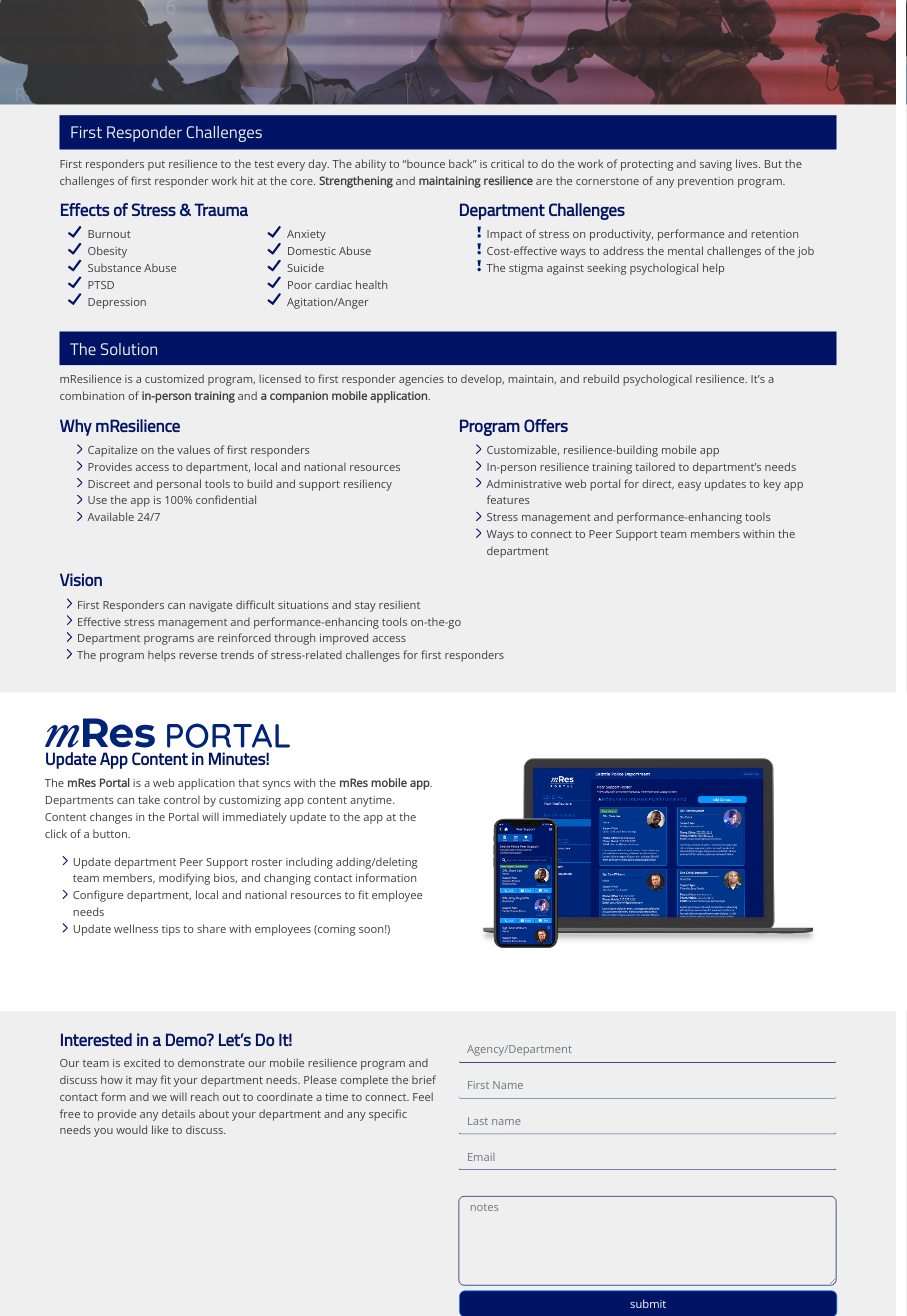
Repository: shenjune/mResilienceWebsite
Page: index.html
These files come from the project's save history. The page is drawn as it stood at one moment and after the next save; the edit follows.
The browser window is 1280 px wide. The page is 1295 px wide, so the pictures cover 1295 px, including what lies to the right of the window. The pictures show the part of the page from y = 792 to 2672 px (the page is 3165 px tall), at 70% of full size.
Some web libraries are served in a nearby version.

Above is the page before, as saved 2019-11-09 10:06:03.

### index.html
<!doctype html>
<html lang="en">
<head>
	<title>TIAG mResilience</title>
	<!-- Required meta tags -->
	<meta charset="utf-8">
	<meta name="viewport" content="width=device-width, initial-scale=1, shrink-to-fit=no">

	<!-- NOTE: moved reset to before all other stylesheets -->
	<link rel="reset" href="./Assets/reset.css">

	<!-- Google Fonts -->
	<link href="https://fonts.googleapis.com/css?family=Titillium+Web&display=swap" rel="stylesheet">
	<link href="https://fonts.googleapis.com/css?family=Open+Sans&display=swap" rel="stylesheet">

	<!-- Bootstrap CSS -->
	<link rel="stylesheet" href="https://stackpath.bootstrapcdn.com/bootstrap/4.3.1/css/bootstrap.min.css" integrity="sha384-ggOyR0iXCbMQv3Xipma34MD+dH/1fQ784/j6cY/iJTQUOhcWr7x9JvoRxT2MZw1T" crossorigin="anonymous">

	<!-- Font Awesome CSS Icons (For cool glyphicons) -->
	<link rel="stylesheet" href="https://maxcdn.bootstrapcdn.com/font-awesome/4.5.0/css/font-awesome.min.css" />

	<!-- CSS Stylesheet -->
	<!-- NOTE: removed `media="screen"` attribute below since there's only one custom stylesheet -->
	<link rel="stylesheet" href="style.css"/>

</head>

<body>

<!-- 01 Nav -->
	<nav class="navbar navbar-expand-lg nav-bg-color navbar-light" id="nav">
		<a class="navbar-brand" href="#">
			<img src="Assets/Images/mResFullLogo1.svg" alt="mResilience Logo" class="img-fluid">
		</a>
		<button class="navbar-toggler" type="button" data-toggle="collapse" data-target="#navbarSupportedContent" aria-controls="navbarSupportedContent" aria-expanded="false" aria-label="Toggle navigation">
			<span class="navbar-toggler-icon"></span>
		</button>

		<!--Start of NavBar links-->
		<div class="collapse navbar-collapse titillium-font" id="navbarSupportedContent">
			<ul class="navbar-nav ml-auto">
			<!--NavBar Main Link-->
				<li class="nav-item">
					<a class="nav-link" href="#main"><h5 class= "secondFont">Main</h5><span class="sr-only">(current)</span></a>
				</li>
				<!--NavBar Why Link-->
				<li class="nav-item">
					<a class="nav-link" href="#why"><h5 class= "secondFont">The Why</h5></a>
				</li>
				<!--NavBar Features Link-->
				<li class="nav-item">
					<a class="nav-link" href="#portal-div"><h5 class= "secondFont">Features</h5></a>
				</li>
				<!--NavBar Contact Link-->
				<li class="nav-item">
					<a class="nav-link" href="#back-form"><h5 class= "secondFont">Contact</h5></a>
				</li>
				<!--NavBar About Link-->
				<li class="nav-item">
					<a class="nav-link" href="#about"><h5 class= "secondFont">About</h5></a>
				</li>
				<!--NavBar Facebook Link-->
				<li class="nav-item" id="nav-fb">
					<a href="https://www.facebook.com/mresilience/"  target= "_blank" class="nav-link"><img src="Assets/Images/Facebook.svg" alt="facebook logo"></a>
				</li>
				<!--NavBar TIAG Link to www.tiag.net-->
				<li class="nav-item" id="nav-tiag">
					<a href="http://tiag.net" target="_blank" class="nav-link"><img src="Assets/Images/TIAGlogo.svg" height="25Spx" alt="TIAG logo"></a>
				</li>
			</ul>
		</div>
	</nav>

	<!-- 02 Main -->
	<div class="row" id="main">
		<div class="col-lg-7 ml-auto col-sm-12">
			<img src="Assets/Images/01MainPhone.png" width="100%">
		</div>
		<div class="align-left col-lg-5 ml-auto ">
			<!-- Beginning header image and opening paragraph -->
			<img src="Assets/Images/mResLogo.svg" alt="mResLogo" class="mobilePadding" id="mResLogo">
			<h4 class= "secondFont mobilePadding">Mobile App for First Responders</h4>
			<p class="lead mobilePadding" id="leadText">A customizable resilience-building app available 24/7 that provides direct access to peer support, department supported resources, and stress management tools.</p>
		</div>

		<div class="col-12" id="mainBottomImage">
			<div style="position: relative; left: 0; top: 0;">
			<!--<img src="Assets/Images/mResilienceLogoWhite.png" id="whiteLogo" alt="image of mResilience Logo">-->
				<img style= "height: 30%;" src="Assets/Images/02MainFooterImage.png" id="mainBottomImage" alt="image of first responders">
			</div>
		</div>
	</div>

	<!-- 03 The Why -->
	<div id="why">
		<div class="container">
			<div class="row">
			<div class="col-12">
			<!-- 03A: First Responder Challenges section-->
			<div id= "3A">
				<div class="row">
					<div class="col-12" id="challengesHeader">
						<h4 class= "invert">First Responder Challenges</h4>
					</div>
				</div>

				<!-- 03A: First Responder Challenges text -->
				<div class="row" id="challengeStatement">
					<div class="col-12">
						<p>First responders put resilience to the test every day. The ability to “bounce back” is critical to do the work of protecting and saving lives. But the challenges of first responder work hit at the core. <b>Strengthening</b> and <b>maintaining resilience</b> are the cornerstone of any prevention program.</p>
					</div>
				</div>

			<!-- 03A: Bullet Points -->
			<div class="row" id="titles">
			<!-- STRESS SECTION -->
			<div class="col-lg-6 col-sm-12" id="stressSubHeader">
			<h4 class= "secondFont">Effects of Stress & Trauma</h4>
			<!-- STRESS PTS -->
			<div class="row">
			<!-- STRESS BULLET POINTS I-->
			<div class="col-6" >
			<ul class="checkBullets">
			<li>Burnout</li>
			<li>Obesity</li>
			<li>Substance Abuse</li>
			<li>PTSD</li>
			<li>Depression</li>
			</ul>
			</div>
			<!-- STRESS BULLET POINTS PT II-->
			<div class="col-6" >
			<ul class="checkBullets">
			<li>Anxiety</li>
			<li>Domestic Abuse</li>
			<li>Suicide</li>
			<li>Poor cardiac health</li>
			<li>Agitation/Anger</li>
			</ul>
			</div>
			</div>
			</div>

			<!-- DEPARTMENT SECTION -->
			<div class="col-lg-6 col-sm-12" id="challengesSubHeader">
			<h4 class= "secondFont">Department Challenges</h4>
			<div class="row">
			<!-- DEPARTMENT PTS -->
			<div class="col-12" id="challengebullets">
			<ul class= "exPt">
			<li>Impact of stress on productivity, performance and retention</li>
			<li>Cost-effective ways to address the mental challenges of the job</li>
			<li>The stigma against seeking psychological help</li>
			</ul>
			</div>
			</div>
			</div>
			</div>
			</div>
			</div>
			</div>

		<!--03B: The Solution Section-->
		<div id= "solutionSection">
		<!-- Solution Title -->
		<div class="row">
		<div class="col-lg-12 col-sm-12" div id="solutionHeader"><h4 class= "invert">The Solution</h4>
		</div>
		</div>

		<!-- Solution Statement -->
		<div class="row" id="solutionStatement">
		<div class="col-lg-12 col-sm-12">
		<p>mResilience is a customized program, licensed to first responder agencies to develop, maintain, and rebuild psychological resilience. It’s a combination of <b>in-person training</b> and <b>a companion mobile application</b>.</p>
		</div>
		</div>

		<!-- Solution Bullet Points -->
		<div class="row" id="titles2">
		<div class="col-lg-6 ml-auto col-sm-12" id="whymResSubHeader"><h4 class= "secondFont">Why mResilience</h4>
		<div class="row">
		<div class="col-12">
		<div id="whyBullets">
		<ul class= "arrow">
		<li>Capitalize on the values of first responders</li>
		<li>Provides access to department, local and national resources</li>
		<li>Discreet and personal tools to build and support resiliency</li>
		<li>Use the app is 100% confidential</li>
		<li>Available 24/7</li>
		</ul>
		</div>
		</div>
		</div>
		</div>

		<!-- <div id="programOffers"> -->
		<div class="col-lg-6 ml-auto col-sm-12" id="programSubHeader">
		<h4 class= "secondFont">Program Offers</h4>
		<div class="row">
		<div class="col-lg-12 col-sm-12">
		<div id="offerBullets">
		<ul class= "arrow">
		<li>Customizable, resilience-building mobile app</li>
		<li>In-person resilience training tailored to department’s needs</li>
		<li>Administrative web portal for direct, easy updates to key app features</li>
		<li>Stress management and performance-enhancing tools</li>
		<li>Ways to connect to Peer Support team members within the department</li>
		</ul>
		</div>
		</div>
		</div>
		</div>
		</div>

		<!-- Vision Bullet Points -->
		<div class="row" id="visionSubHeader">
		<div class="col-lg-12 ml-auto col-sm-12">
		<h4 class= "secondFont">Vision</h4>
		<div class="row">
		<ul class= "arrow">
		<li>First Responders can navigate difficult situations and stay resilient</li>
		<li>Effective stress management and performance-enhancing tools on-the-go</li>
		<li>Department programs are reinforced through improved access</li>
		<li>The program helps reverse trends of stress-related challenges for first responders</li>
		</ul>
		</div>
		</div>
		</div>
		</div>
		</div>
	</div>

	<!-- 04 PORTAL DIV -->
	<div id= "portal-div">
	<div class="row">
	<!-- div for the portal text -->
	<div class="col-lg-6 ml-auto col-sm-12">
	<img id= "portallogo" src="Assets/Images/portallogo2.svg" alt="mResLogo">
	<h4 class= "secondFont">Update App Content in Minutes!</h4>
	<p>The <b> mRes Portal</b> is a web application that syncs with the <b>mRes mobile app</b>. Departments can take control by customizing app content anytime. Content changes in the Portal will immediately update to the app at the click of a button. </p>

	<ul class="arrow">
	<li>Update department Peer Support roster including adding/deleting team members, modifying bios, and changing contact information</li>
	<li>Configure department, local and national resources to fit employee needs</li>
	<li>Update wellness tips to share with employees (coming soon!)</li>
	</ul>
	</div>

	<!-- div for the Feature images -->
	<div class="col-lg-6 col-sm-12" style = "text-align: center">
	<img id= 'portalImg' src="Assets/Images/portal.png" alt="portalImg">
	</div>
	</div>
	</div>

	<!---- 05 Contact Form ---->
	<div id="back-form">
	<div class="container mobilePadding2">
	<div class="row">
	<div class= "col-lg-6 col-sm-12">
	<h4 class="secondFont">Interested in a Demo? Let’s Do It!</h4>
	<p class="">Our team is excited to demonstrate our mobile resilience program and discuss how it may fit your department needs. Please complete the brief contact form and we will reach out to coordinate a time to connect. Feel free to provide any details about your department and any specific needs you would like to discuss.</p>
	</div>

	<form class= "col-lg-6 col-sm-12" id="back-form2">
	<!-- INPUT SECTION -->
	<div class="form-group" >
	<!-- Department input -->
	<div class="row input-row">
	<div class="col-lg-12">
	<input type="text" class="form-control input-border" id="user-dept" placeholder="Agency/Department">
	</div>
	</div>

	<!-- First name input -->
	<div class="row input-row">
	<div class="col-lg-12">
	<input type="text" class="form-control input-border" id="user-name" placeholder="First Name">
	</div>
	</div>

	<!-- Last name input -->
	<div class="row input-row">
	<div class="col-lg-12">
	<input type="text" class="form-control input-border" id="user-last-name" placeholder="Last name">
	</div>
	</div>

	<!-- Email input -->
	<div class="row input-row">
	<div class="col-lg-12">
	<input type="email" class="form-control input-border" id="user-email" placeholder="Email">
	</div>
	</div>

	<!-- Notes input -->
	<div class="row">
	<div class="col-lg-12">
	<label for="message"></label>
	<textarea class="col-lg-12" id="message" name="message" required="required" placeholder="notes"></textarea>
	</div>
	</div>

	<!-- Submit button -->
	<div class="row">
	<div class="col-lg-12">
	<button type="submit" class="btn btn-primary" id="send">submit</button>
	</div>
	</div>
	</div>
	</form>
	</div>
	</div>
	</div>

	<!--06 About TIAG goes here-->
	<div id="about">
	<div class="container mobilePadding2">
	<div class="row">
	<div id = "whoWeAre"   style="margin-top:15px">
	<h4 class="secondFont"><b>Who are we?</b>  We build technologies that work.</h4></div>
	<div id = "whoWeAreP">
	<p>We are a team of innovators. With 20 years’ worth of experience TIAG has developed a leading reputation in researching, designing and developing resilience-based technology products for the military, government and most recently, the first responder communities. Our staff are experts comprising program and project managers, subject matter experts, researchers, designers and developers. Collectively, we bring a comprehensive approach to advising and creating relevant resilience-based technology services, programs and products.</p>
	</div>


	<div id="haveIdeas">
	<h4 class="secondFont"><b>Have ideas?</b> Come innovate with us!</h4>
	</div>

	<div id= "haveIdeasP">
	<p>Our resilience program is just the beginning and is rapidly evolving. Creating first responder-focused resilience solutions does not happen without collaboration with those who protect our communities. Do you have ideas to evaluate resilience? Want to create a digital tool or feature to help your department or agency thrive? We want to work with you.</p>
	</div>

	<br>
	</div>
	</div>
	</div>

	<!-- FOOTER FOR THE WEBSITE -->
	<footer class="footer">
	<div id= "" class="container">
	<div id= "footer-row" class="row">
	<!-- footer conditions in Javascript will reference this div -->
	</div>
	</div>
	</footer>

	<!-- Optional JavaScript -->
	<!-- jQuery first, then Popper.js, then Bootstrap JS -->
	<script src="https://code.jquery.com/jquery-3.1.1.min.js"></script>
	<script src="https://cdnjs.cloudflare.com/ajax/libs/twitter-bootstrap/4.0.0/js/bootstrap.bundle.min.js"></script>

	<!-- commented out to make nytimes api work -->
	<!-- <script src="https://code.jquery.com/jquery-3.3.1.slim.min.js" integrity="sha384-q8i/X+965DzO0rT7abK41JStQIAqVgRVzpbzo5smXKp4YfRvH+8abtTE1Pi6jizo" crossorigin="anonymous"></script> -->
	<script src="https://cdnjs.cloudflare.com/ajax/libs/popper.js/1.14.7/umd/popper.min.js" integrity="sha384-UO2eT0CpHqdSJQ6hJty5KVphtPhzWj9WO1clHTMGa3JDZwrnQq4sF86dIHNDz0W1" crossorigin="anonymous"></script>
	<script src="https://stackpath.bootstrapcdn.com/bootstrap/4.3.1/js/bootstrap.min.js" integrity="sha384-JjSmVgyd0p3pXB1rRibZUAYoIIy6OrQ6VrjIEaFf/nJGzIxFDsf4x0xIM+B07jRM" crossorigin="anonymous"></script>

	<!-- script link to send email from contact form to tiag -->
	<script src="https://smtpjs.com/v3/smtp.js"></script>
	<script src="script.js"></script>

</body>
</html>

Loaded but not shown: script.js (135 lines, source omitted); style.css (258 lines, source omitted)

After the next save:
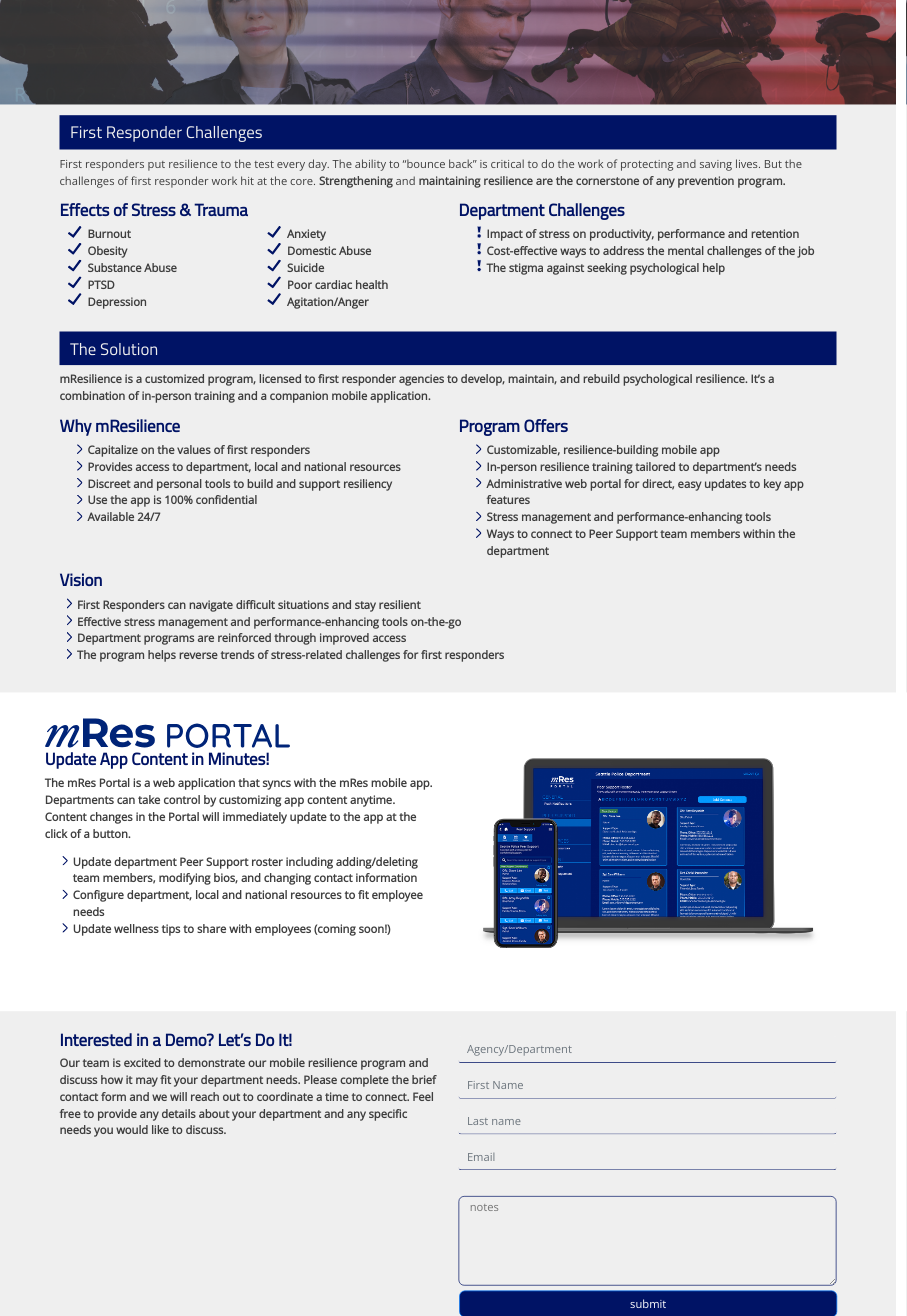
Saved 24 s later.
--- a/index.html
+++ b/index.html
@@ -100,14 +100,14 @@
 			<div id= "3A">
 				<div class="row">
 					<div class="col-12" id="challengesHeader">
-						<h4 class= "invert">First Responder Challenges</h4>
+						<h4 class="invert">First Responder Challenges</h4>
 					</div>
 				</div>
 
 				<!-- 03A: First Responder Challenges text -->
 				<div class="row" id="challengeStatement">
 					<div class="col-12">
-						<p>First responders put resilience to the test every day. The ability to “bounce back” is critical to do the work of protecting and saving lives. But the challenges of first responder work hit at the core. <b>Strengthening</b> and <b>maintaining resilience</b> are the cornerstone of any prevention program.</p>
+						<p>First responders put resilience to the test every day. The ability to “bounce back” is critical to do the work of protecting and saving lives. But the challenges of first responder work hit at the core. <b>Strengthening</b> and <strong>maintaining resilience</> are the cornerstone of any prevention program.</p>
 					</div>
 				</div>
 

After the save that followed:
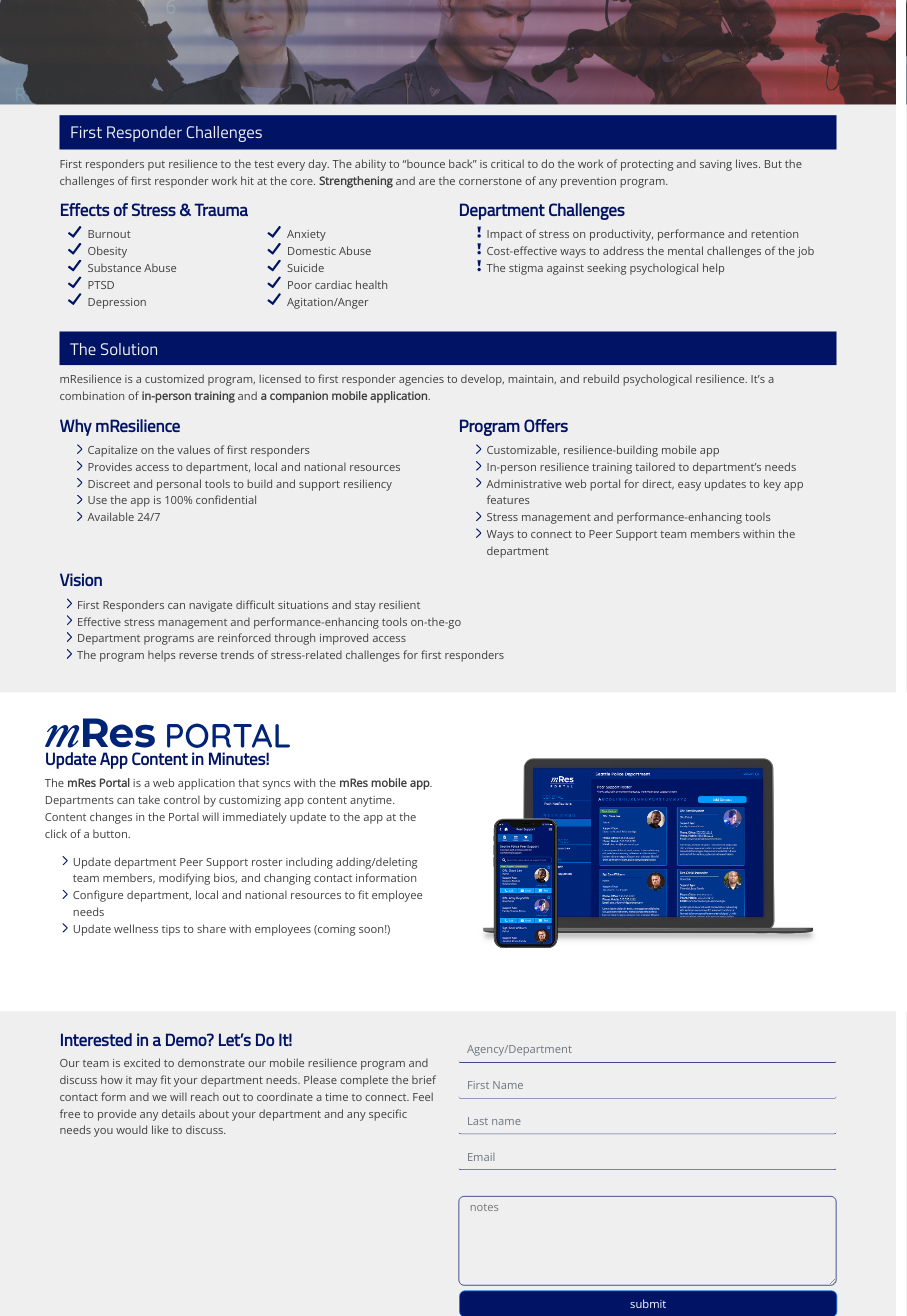
Saved 4 s later.
--- a/index.html
+++ b/index.html
@@ -107,7 +107,7 @@
 				<!-- 03A: First Responder Challenges text -->
 				<div class="row" id="challengeStatement">
 					<div class="col-12">
-						<p>First responders put resilience to the test every day. The ability to “bounce back” is critical to do the work of protecting and saving lives. But the challenges of first responder work hit at the core. <b>Strengthening</b> and <strong>maintaining resilience</> are the cornerstone of any prevention program.</p>
+						<p>First responders put resilience to the test every day. The ability to “bounce back” is critical to do the work of protecting and saving lives. But the challenges of first responder work hit at the core. <b>Strengthening</b> and <strongaintaining resilience</strong> are the cornerstone of any prevention program.</p>
 					</div>
 				</div>
 
